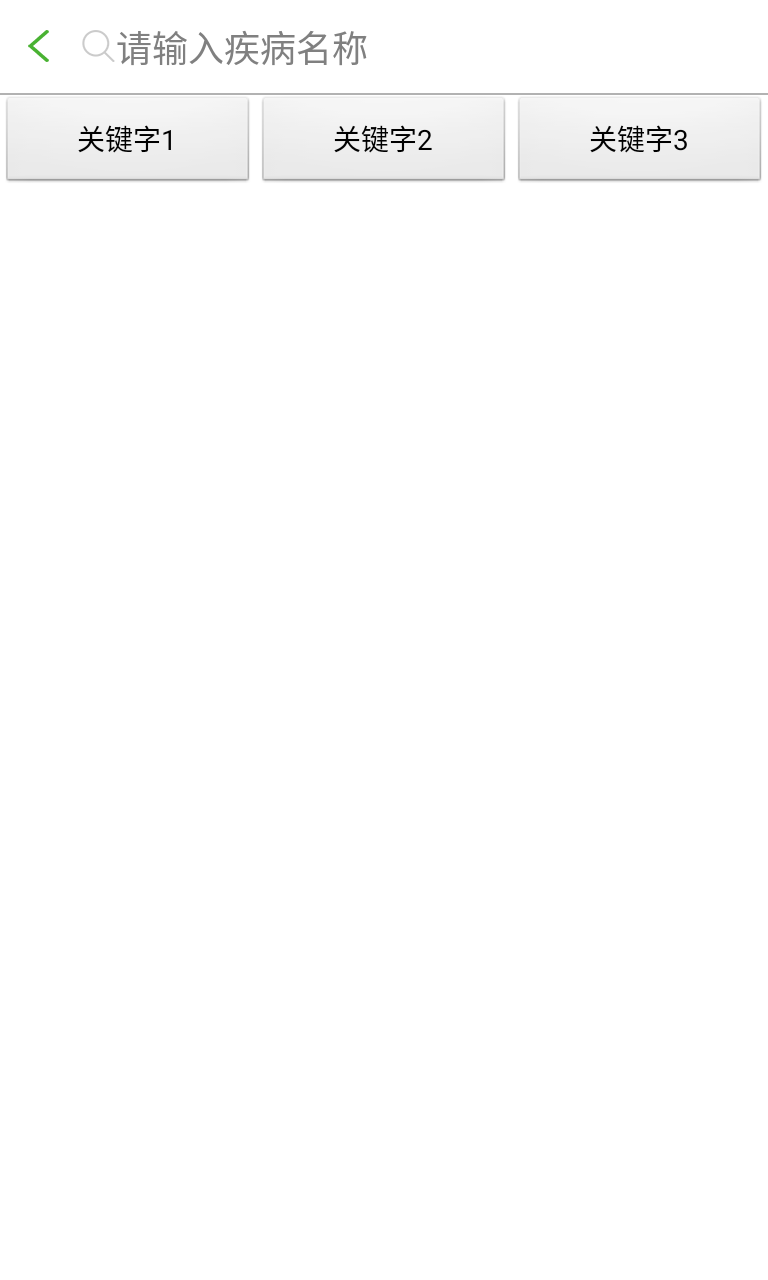
Repository: hjhlove110/XYApp
Layout: XYApp/res/layout/serache_view.xml
These files come from the project's save history. The layout is drawn as it stood at one moment and after the next save; the edit follows.
It is drawn on a 768 x 1280 px phone screen (xhdpi) without system bars, with theme Translucent; the app's code is not run.

Above is the layout before, as saved 2015-09-23 05:40:17.

After the next save:
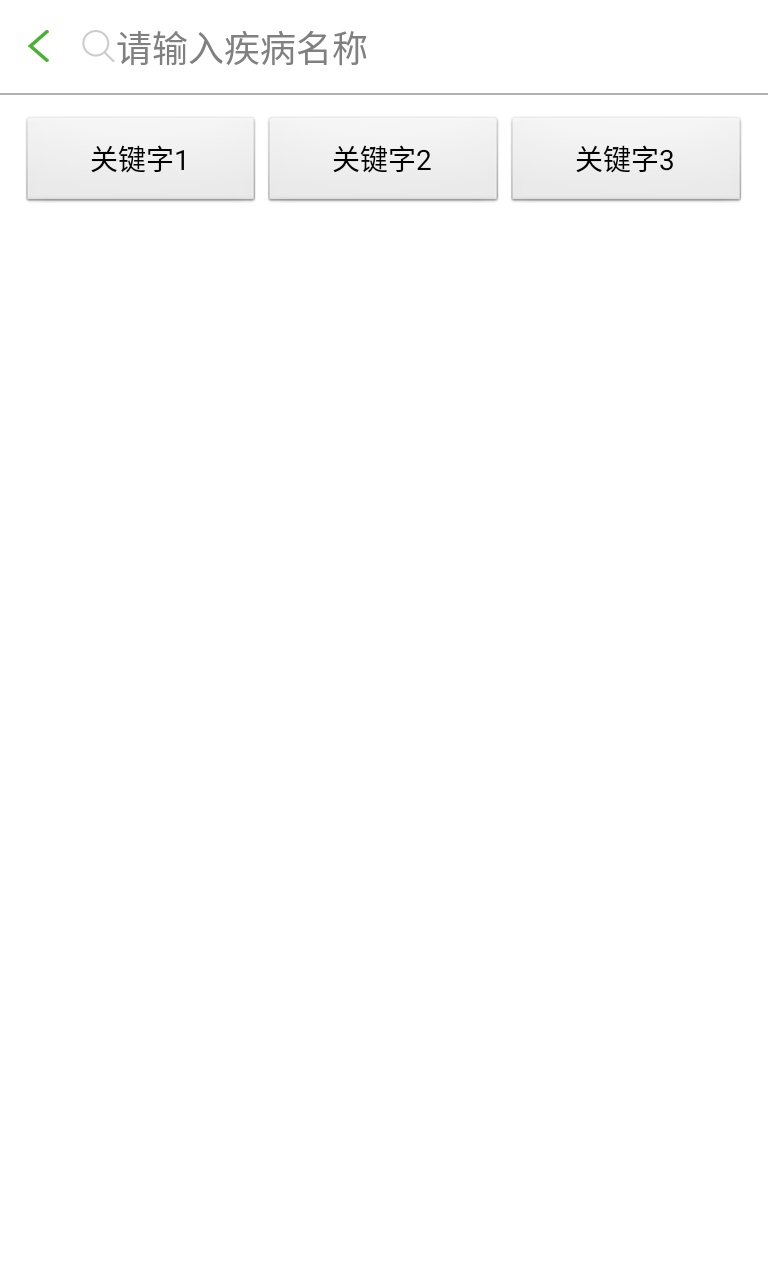
Saved 10 s later.
--- a/XYApp/res/layout/serache_view.xml
+++ b/XYApp/res/layout/serache_view.xml
@@ -38,6 +38,7 @@
     <LinearLayout
         android:layout_width="match_parent"
         android:layout_height="wrap_content"
+        android:layout_margin="10dp"
         android:orientation="horizontal" >
 
         <Button
